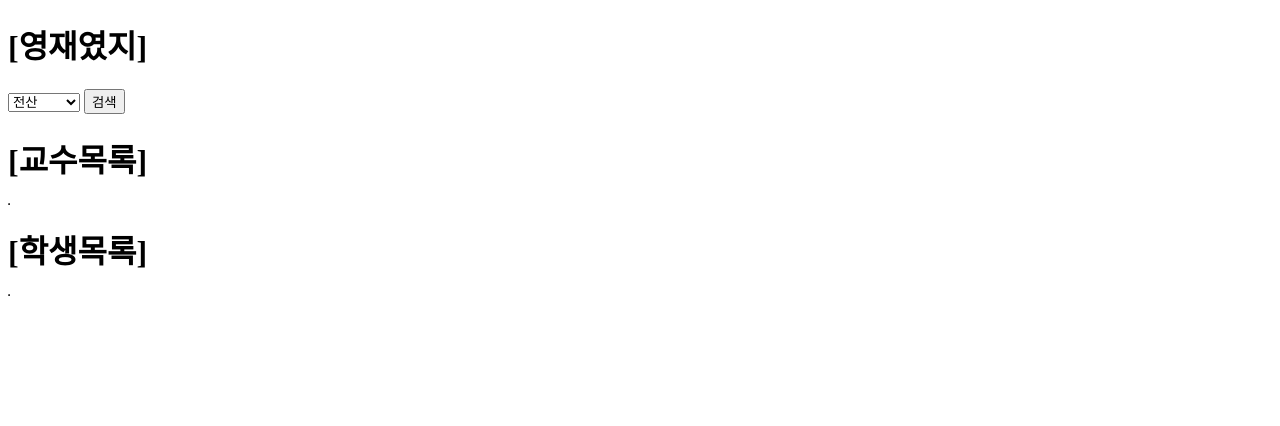
Repository: whwlsghkstm/html
Page: Ex0507/WebContent/list.html
An editor plug-in stored every save of this project. The page is shown before and after the next save, followed by the edit.
The browser window is 1280 px wide. The pictures show the whole page.
Some web libraries are served in a nearby version.

Above is the page before, as saved 2020-05-07 07:12:06.

After the next save:
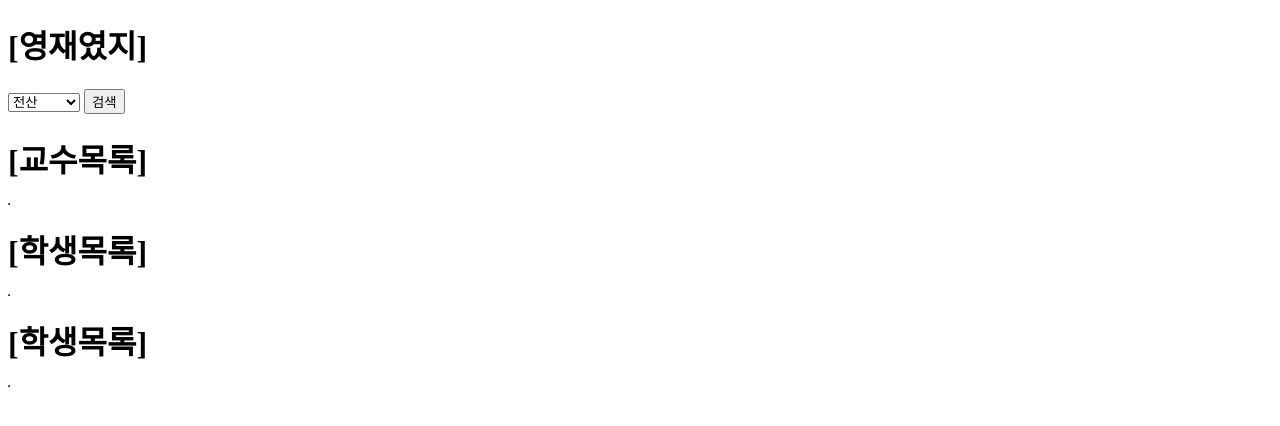
Saved 2 min 11 s later.
--- a/Ex0507/WebContent/list.html
+++ b/Ex0507/WebContent/list.html
@@ -63,6 +63,27 @@
 		{{/each}}
 	</script>
 	<span id="total1"></span>
+
+	<h1>[학생목록]</h1>
+	<table id="tab2" border=1></table>
+	<script id="temp2" type="text/x-handlebars-template">
+			<tr class="title2">
+				<td><input type="checkbox" id="checkAll2"></td>
+				<td>강좌번호</td>
+				<td>강좌이름</td>
+				<td>성적</td>
+			</tr>
+
+		{{#each eArray}}
+			<tr class="row2">
+				<td><input type="checkbox" class="check2"></td>
+				<td class="lcode">{{lcode}}</td>
+				<td class="lname">{{lname}}</td>
+				<td class="grade">{{grade}}</td>
+			</tr>
+		{{/each}}
+	</script>
+	<span id="total1"></span>
 </body>
 
 <script>
